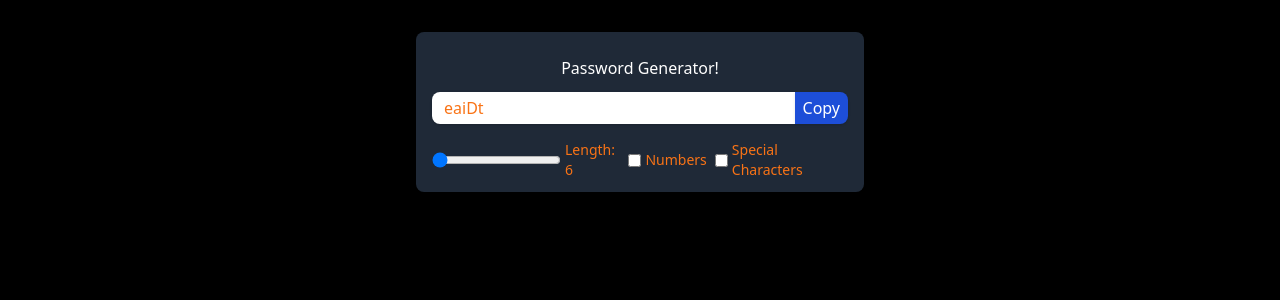
Repository: tirth2014/chai-aur-react
Page: / (app in 05_password-generator/)
An editor plug-in stored every save of this project. The page is shown before and after the next save, followed by the edit.
The browser window is 1280 px wide. The pictures show the whole page.
The project was rebuilt for these pictures with package versions that can differ from the ones it lists, and the page was loaded fresh each time. Also part of the build but not shown: 05_password-generator/vite.config.js.

Above is the page before, as saved 2023-10-08 01:25:41.

After the next save:
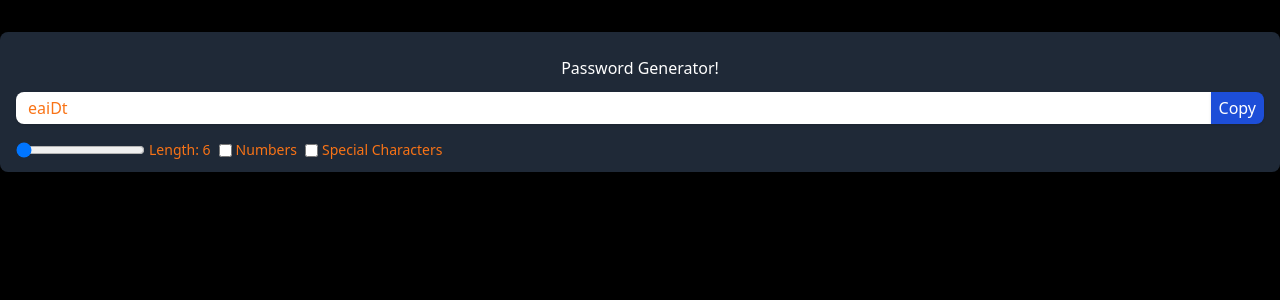
Saved 81 s later.
--- a/05_password-generator/src/App.jsx
+++ b/05_password-generator/src/App.jsx
@@ -45,7 +45,7 @@
 
 
   return (
-      <div className="w-full max-w-md mx-auto shadow-md rounded-lg px-4 py-3 my-8 mb-4 bg-gray-800 text-orange-500">
+      <div className="w-full shadow-md rounded-lg px-4 py-3 my-8 bg-gray-800 text-orange-500">
         <h1 className='text-white text-center my-3'>Password Generator!</h1>
         <div className='flex shadow rounded-lg overflow-hidden mb-4'>
           <input

After the save that followed:
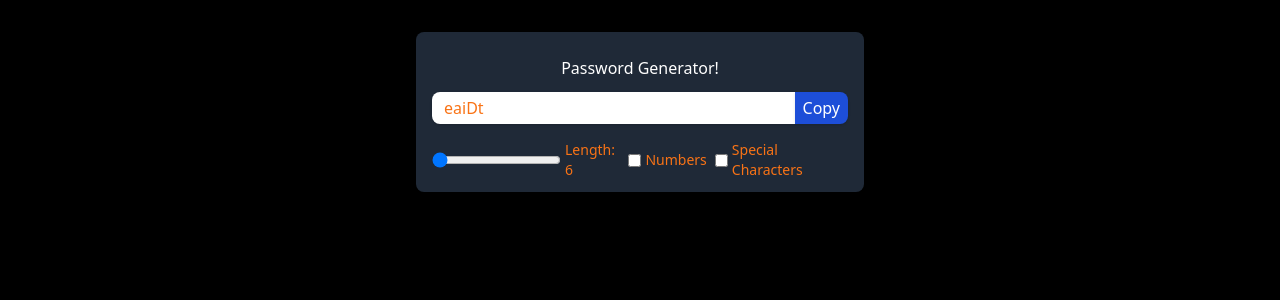
Saved 7 s later.
--- a/05_password-generator/src/App.jsx
+++ b/05_password-generator/src/App.jsx
@@ -45,7 +45,7 @@
 
 
   return (
-      <div className="w-full shadow-md rounded-lg px-4 py-3 my-8 bg-gray-800 text-orange-500">
+      <div className="w-full max-w-md mx-auto shadow-md rounded-lg px-4 py-3 my-8 bg-gray-800 text-orange-500">
         <h1 className='text-white text-center my-3'>Password Generator!</h1>
         <div className='flex shadow rounded-lg overflow-hidden mb-4'>
           <input
